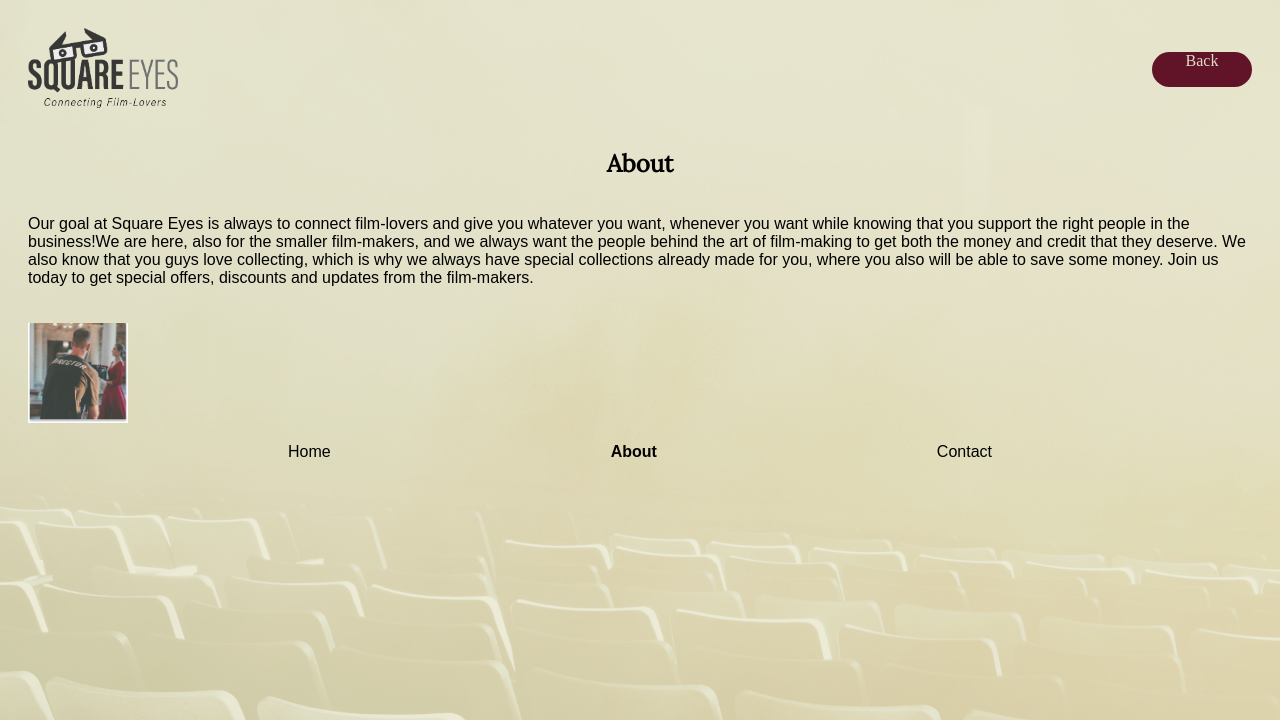
Repository: Noroff-FEU-Assignments/cross-course-project-Bekkholt
Page: about.html
An editor plug-in stored every save of this project. The page is shown before and after the next save, followed by the edit.
The browser window is 1280 px wide. The pictures show the whole page.

Above is the page before, as saved 2022-11-03 12:50:07.

After the next save:
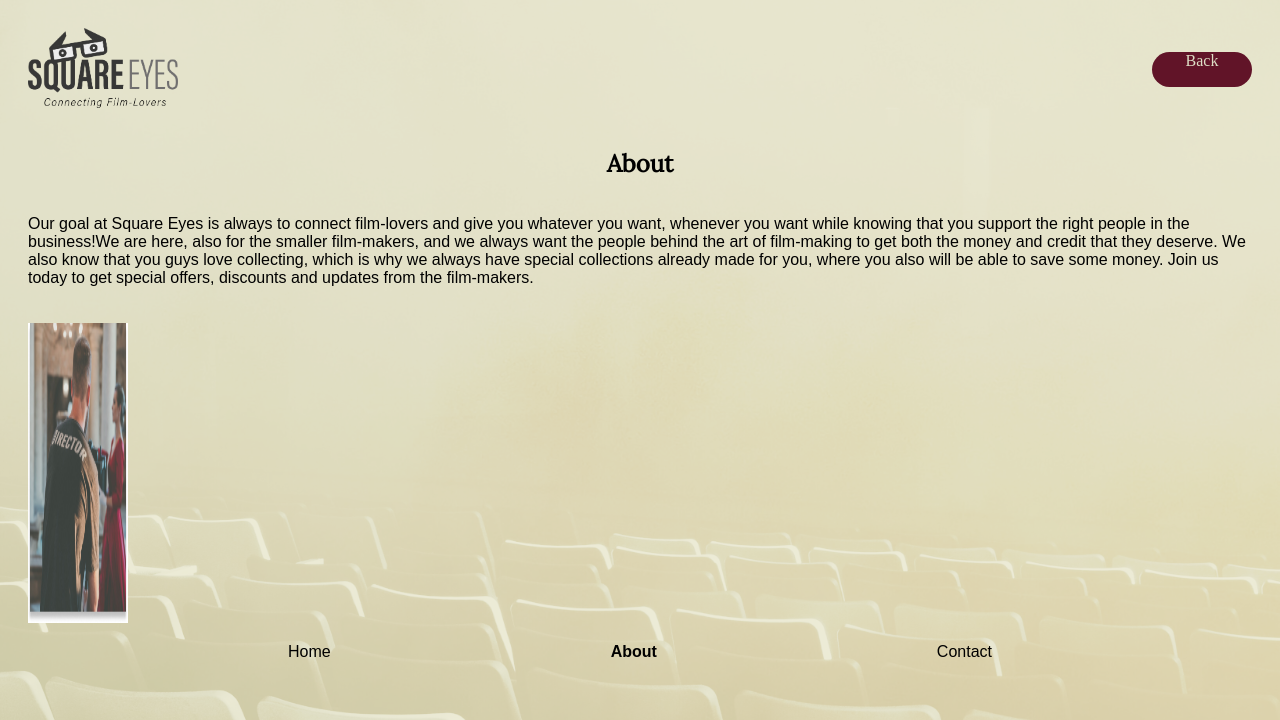
Saved 6 s later.
--- a/css/index.css
+++ b/css/index.css
@@ -144,7 +144,7 @@
 .director_photo {
     padding-left: 20px;
     image-rendering: optimizeQuality;
-    height: 100px
+    height: 300px
 }
 
 input, textarea  {
